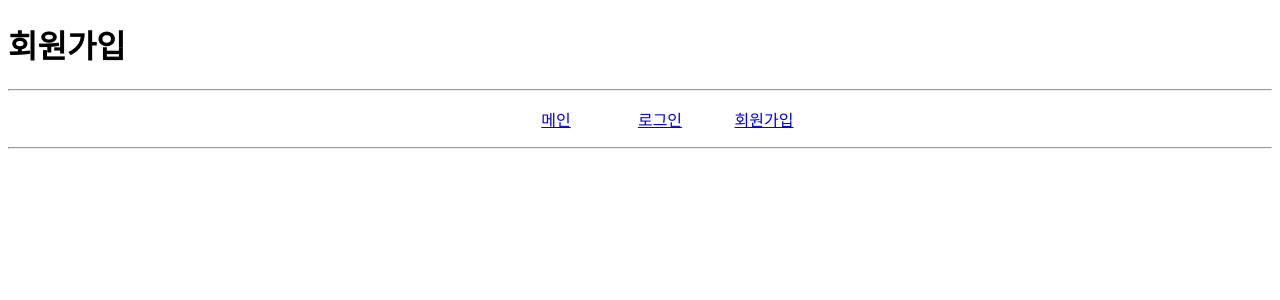
Repository: leesangbok/jsp-work
Page: http://localhost/cos/join.jsp
The author's editor kept a copy of each file at every save. The page is drawn from the files as they stood at one save, then again after the next save.
The browser window is 1280 px wide. The pictures show the whole page.
The page is served by Tomcat 9.

Above is the page before, as saved 2020-08-22 02:45:30.

### cos/WebContent/join.jsp
<%@ page language="java" contentType="text/html; charset=UTF-8"
    pageEncoding="UTF-8"%>
<!DOCTYPE html>
<html>
<head>
<meta charset="UTF-8">
<title>회원가입</title>
 <style>
 	ul{text-align: center;}
 	li{display: inline-block; width: 100px;}
 </style>
</head>
<body>
	<h1>회원가입</h1>
	<hr/>
	<ul>
		<li><a href="main.jsp" title="메인">메인</a></li>
		<li><a href="login.jsp" title="로그인">로그인</a></li>
		<li><a href="join.jsp" title="회원가입">회원가입</a></li>
	</ul>
	<hr/>
	<!-- form태그 :: 데이터를 전송하기 위한 박스 이다 -->
	<form>

	</form>
</body>
</html>

After the next save:
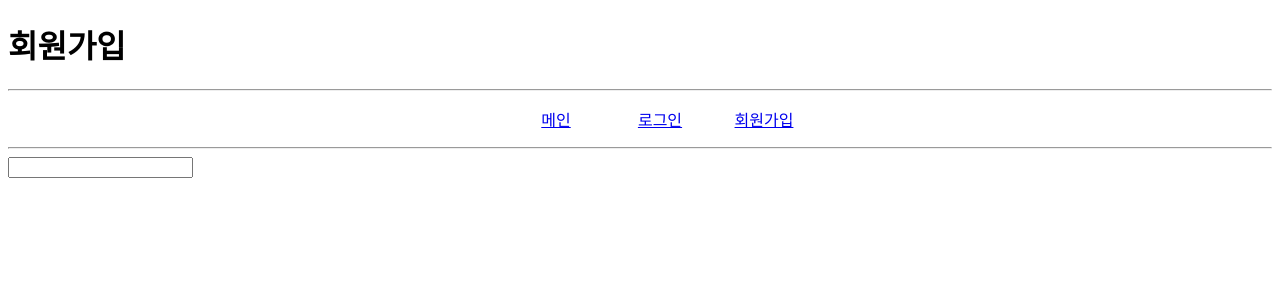
Saved 41 s later.
--- a/cos/WebContent/join.jsp
+++ b/cos/WebContent/join.jsp
@@ -21,7 +21,7 @@
 	<hr/>
 	<!-- form태그 :: 데이터를 전송하기 위한 박스 이다 -->
 	<form>
-
+		<input type="" />
 	</form>
 </body>
 </html>
